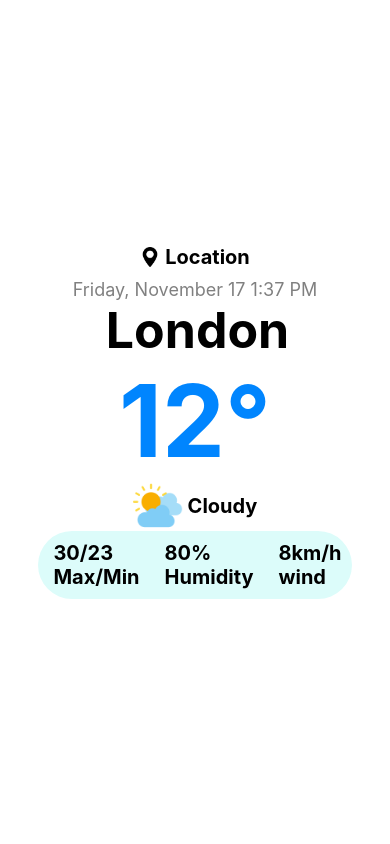
Repository: praveen080/react-native-weatherAppV1
Screen: /
These files come from the project's save history. The screen is drawn as it stood at one moment and after a run of saves; the edit follows.
The app was drawn by React Native's web renderer in a window 390 px wide. The project was rebuilt for these pictures with package versions that can differ from the ones it lists, and the page was loaded fresh each time. Also part of the build but not shown: Screens/startUp.js.

Above is the screen before, as saved 2023-11-17 14:15:53.

After the next 3 saves:
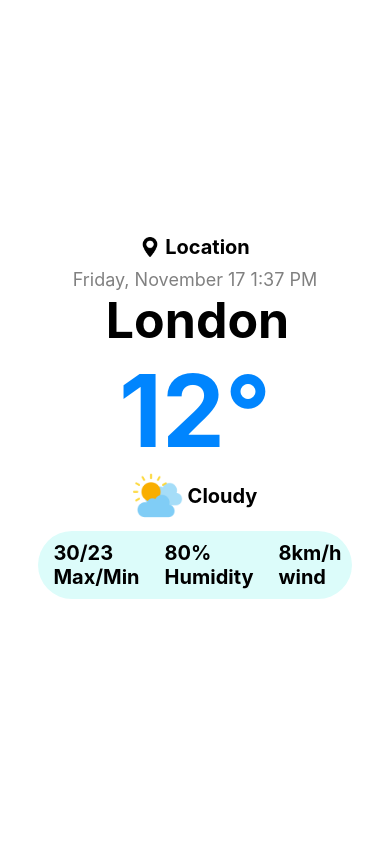
The 3 saves are shown as one change because they came seconds apart.
The last was saved 12 s later.
--- a/Screens/Home.js
+++ b/Screens/Home.js
@@ -42,7 +42,7 @@ const Home = () => {
         />
         <Text style={styles.locationText}>Cloudy</Text>
       </View>
-      <View style={styles.locationContainer}>
+      <View style={styles.card}>
         <View style={styles.locationContainer1}>
           <View style={styles.card}>
             <Text style={styles.locationText}>30/23</Text>
